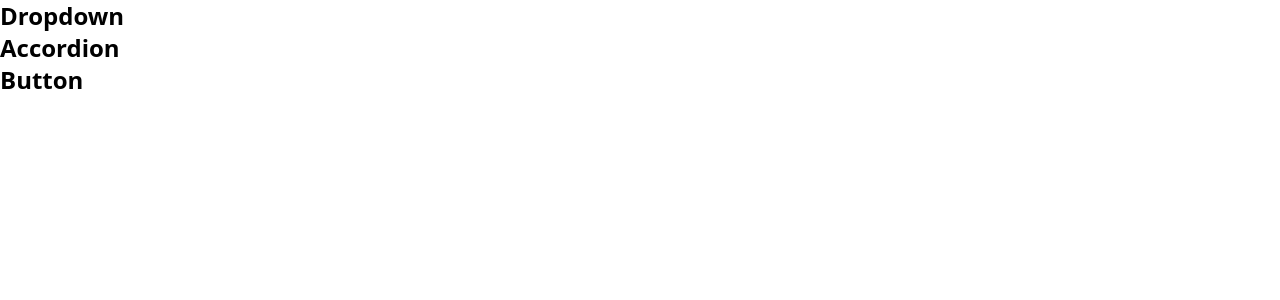
Repository: Marhamat92/reactroutefromstephen
Page: /
An editor plug-in stored every save of this project. The page is shown before and after the next save, followed by the edit.
The browser window is 1280 px wide. The pictures show the whole page.
The project was rebuilt for these pictures with package versions that can differ from the ones it lists, and the page was loaded fresh each time. Also part of the build but not shown: src/App.css, src/components/Dropdowns/DropDown.tsx, src/pages/dropdown/DropdownPage.tsx, src/components/Accordion/Accordion.tsx, src/pages/accordion/AccordionPage.tsx, src/components/Buttons/Button.tsx, src/pages/buttons/ButtonPage.tsx.

Above is the page before, as saved 2022-12-24 17:34:33.

### src/index.tsx
import React from "react";
import ReactDOM from "react-dom/client";
import "./index.css";
import App from "./App";
import { NavigationProvider } from "./context/NavigationContext";

const root = ReactDOM.createRoot(
  document.getElementById("root") as HTMLElement
);
root.render(
  <React.StrictMode>
    <NavigationProvider>
      <App />
    </NavigationProvider>
  </React.StrictMode>
);

### src/App.tsx
import React from "react";
import "./App.css";
import Route from "./Routes/Route";
import DropdownPage from "./pages/dropdown/DropdownPage";
import Accordion from "./components/Accordion/Accordion";
import AccordionPage from "./pages/accordion/AccordionPage";
import ButtonPage from "./pages/buttons/ButtonPage";
import Sidebar from "./components/Sidebar/Sidebar";

function App() {
  return (
    <div className='grid grid-cols-6'>
      <div className='col-span-1'>
        <Sidebar />
      </div>
      <div className='col-span-5'>
        <Route path='/dropdown'>
          <DropdownPage />
        </Route>
        <Route path='/accordion'>
          <AccordionPage />
        </Route>
        <Route path='/button'>
          <ButtonPage />
        </Route>
      </div>
    </div>
  );
}

export default App;

### src/context/NavigationContext.js
import { createContext, useEffect, useState } from "react";

//we create a context to pass the current
const NavigationContext = createContext();



function NavigationProvider({ children }) {

  const [currentPath, setCurrentPath] = useState(window.location.pathname); //initial value of currentPath


  //we create below function to update the currentPath when the user clicks on the back button, forward button or when the user types a new url in the browser
  //we use useEffect to add an event listener to the window object, and we return a function to remove the event listener
  //this is to prevent page from reloading when the user clicks on the back button or forward button
  useEffect(() => {
    const handler = () => {
      setCurrentPath(window.location.pathname)
    }
    window.addEventListener('popstate', handler)
    return () => window.removeEventListener('popstate', handler)
  }, [])



  //we create below function to update the currentPath when the user clicks on a link
  const navigate = (path) => {
    window.history.pushState({}, "", path)
    setCurrentPath(path)
  }

  //we create a context provider to pass the currentPath and navigate function to the children components
  return (
    <NavigationContext.Provider value={{ currentPath, navigate }}>
      {children}
    </NavigationContext.Provider>
  );
}


export { NavigationProvider };
export default NavigationContext;

### src/Routes/Route.js
import React from 'react'
import NavigationContext from '../context/NavigationContext'


function Route({ path, children }) {
  const { currentPath } = React.useContext(NavigationContext)

  if (currentPath === path) {
    return children
  } else {
    return null
  }
}

export default Route

### src/components/Sidebar/Sidebar.tsx
import React from "react";
import Link from "../Link/Link";

type Props = {};

function Sidebar({}: Props) {
  const links = [
    { to: "/dropdown", label: "Dropdown" },
    { to: "/accordion", label: "Accordion" },
    { to: "/button", label: "Button" },
  ];

  const renderedLinks = links.map((link) => {
    return (
      <Link key={link.label} to={link.to}>
        {link.label}
      </Link>
    );
  });

  return <div>{renderedLinks}</div>;
}

export default Sidebar;

### src/components/Link/Link.tsx
import React from "react";
import { useContext } from "react";
import NavigationContext from "../../context/NavigationContext";
import classNames from "classnames";

type Props = {
  children: React.ReactNode;
  to: string;
};

function Link({ children, to }: Props) {
  const { navigate, currentPath } = useContext(NavigationContext);
  const isActive = currentPath === to;

  const linkClasses = classNames(
    "text-2xl font-bold flex flex-col",
    isActive &&
      "text-green-500 border border-t-0 border-l-2 border-r-2 border-r-0 border-b-0"
  );

  const handleClick = (e: React.MouseEvent<HTMLAnchorElement>) => {
    if (e.metaKey || e.ctrlKey) return;

    e.preventDefault();
    navigate(to);
  };

  return (
    <a className={linkClasses} href={to} onClick={handleClick}>
      {children}
    </a>
  );
}

export default Link;

Loaded but not shown: public/index.html (common file); src/index.css (common file); tailwind.config.js (common file)

After the next save:
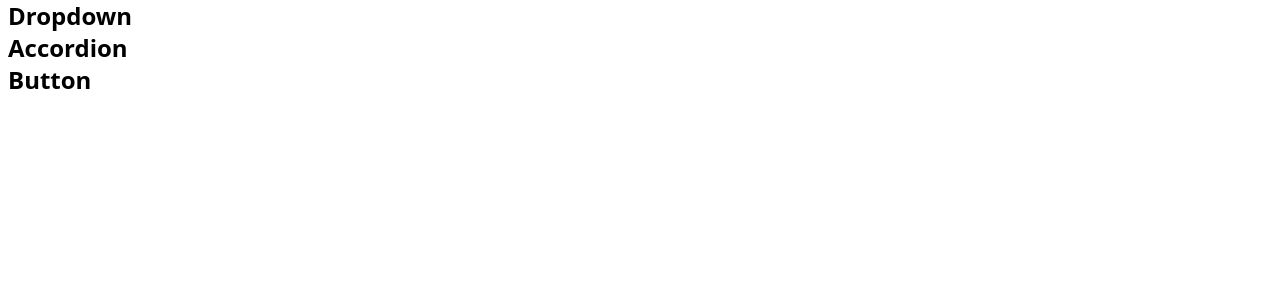
Saved 33 s later.
--- a/src/App.tsx
+++ b/src/App.tsx
@@ -10,7 +10,7 @@ import Sidebar from "./components/Sidebar/Sidebar";
 function App() {
   return (
     <div className='grid grid-cols-6'>
-      <div className='col-span-1'>
+      <div className='col-span-1 pl-2'>
         <Sidebar />
       </div>
       <div className='col-span-5'>
